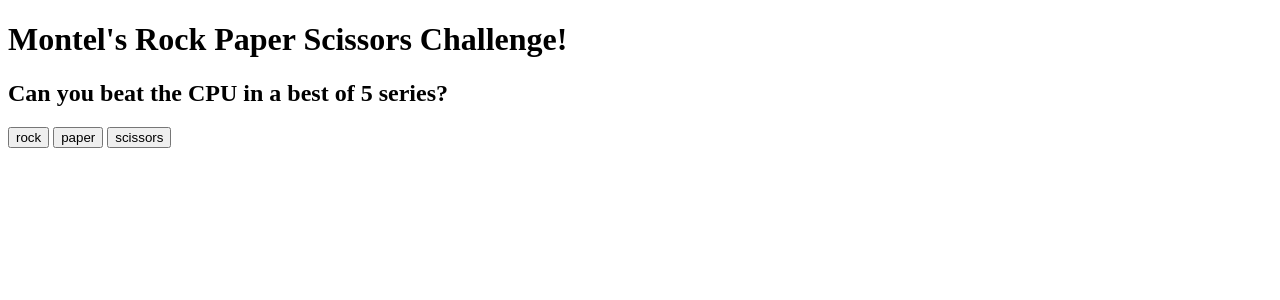
Repository: mnhardy1504/odin-recipes1
Page: repos/member-montel-rockpaperscissors/index.html
These files come from the project's save history. The page is drawn as it stood at one moment and after the next save; the edit follows.
The browser window is 1280 px wide. The pictures show the whole page.

Above is the page before, as saved 2023-10-24 20:40:46.

After the next save:
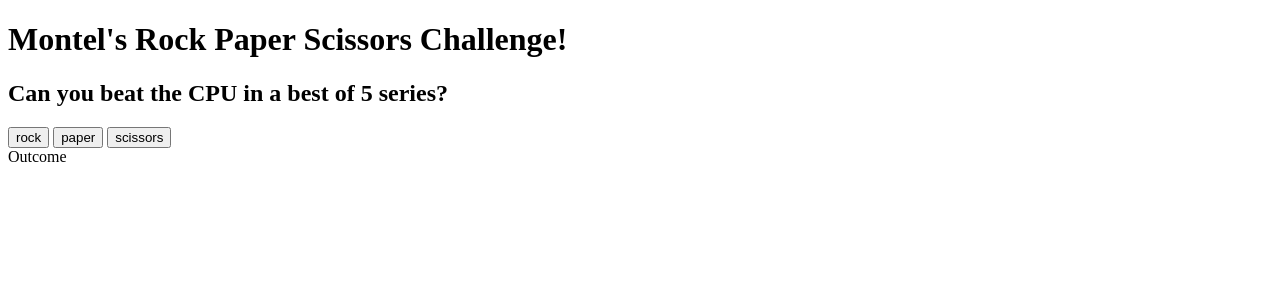
Saved 8 min 44 s later.
--- a/repos/member-montel-rockpaperscissors/index.html
+++ b/repos/member-montel-rockpaperscissors/index.html
@@ -10,7 +10,10 @@
 <button onclick="playRound('rock', getComputerChoice())">rock</button>
 <button onclick="playRound('paper', getComputerChoice())">paper</button>
 <button onclick="playRound('scissors', getComputerChoice())">scissors</button>
-  <script>
+ <div class="answer">Outcome</div>
+
+
+ <script>
 function getComputerChoice() {
   const choices = ['rock', 'paper', 'scissors'];
   const randomIndex = Math.floor(Math.random() * choices.length);
@@ -32,7 +35,8 @@ var reply = ""
   } else {
     reply =`You Lose! ${computerSelection} beats ${playerSelection}`;
   }
-  console.log(reply)
+  console.log(reply);
+  document.getelementbyclassname('answer').value=reply
 }
 
 function game() {
